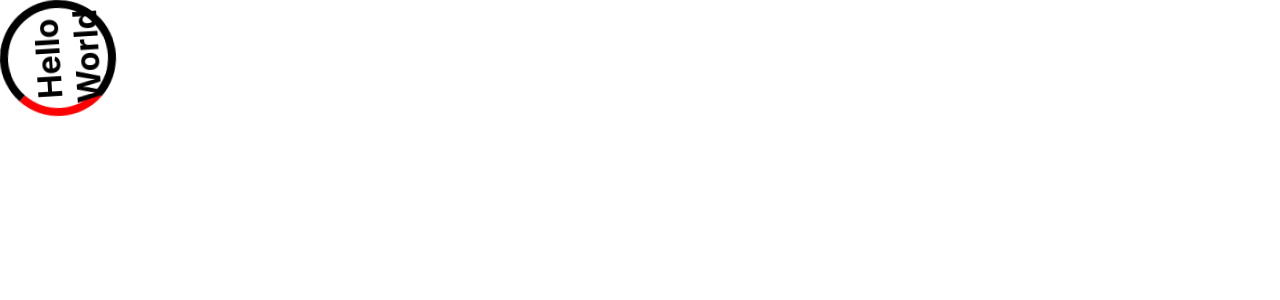
Repository: DeepikaSuretek/React
Page: / (app in practice-app/)
These files come from the project's save history. The page is drawn as it stood at one moment and after the next save; the edit follows.
The browser window is 1280 px wide. The pictures show the whole page.
The project was rebuilt for these pictures with package versions that can differ from the ones it lists, and the page was loaded fresh each time.

Above is the page before, as saved 2024-07-08 17:40:01.

After the next save:
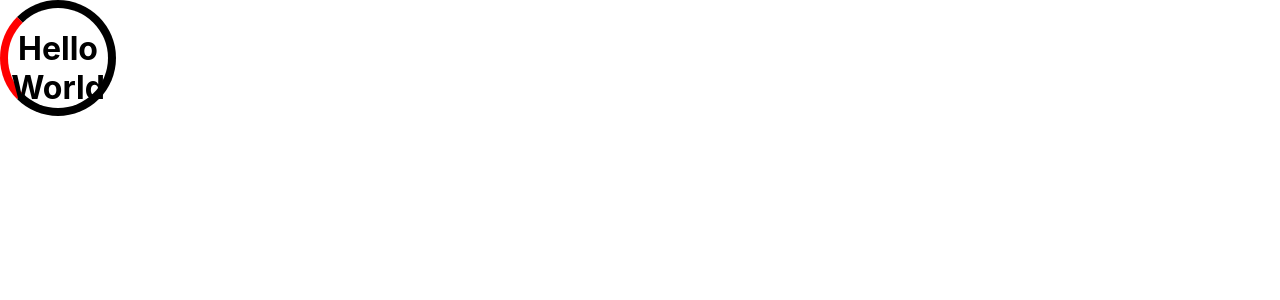
Saved 11 s later.
--- a/practice-app/src/App.css
+++ b/practice-app/src/App.css
@@ -43,5 +43,5 @@
   border: 8px solid;
   border-color: black black black red;
   border-radius: 50%;
-  animation: App-logo-spin 2s linear infinite;
+  animation: App-logo-spin 2s linear 2s;
 }
